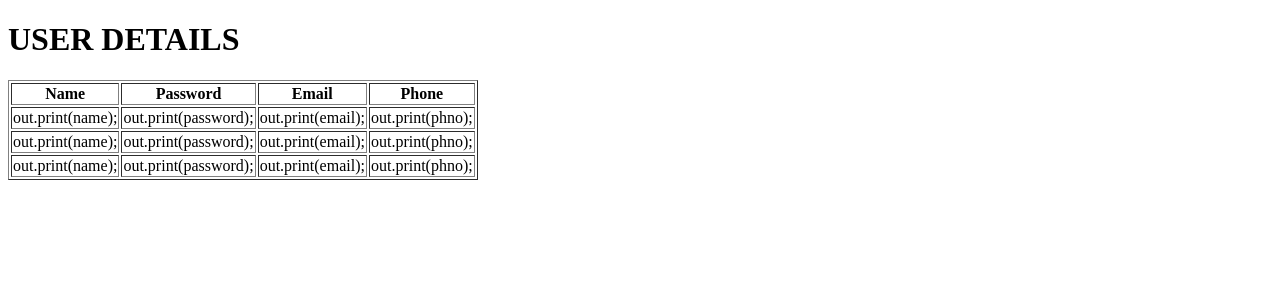
Repository: nikhilbad7/jsp-practicals
Page: http://localhost/classwork/Exp10.jsp
The author's editor kept a copy of each file at every save. The page is drawn from the files as they stood at one save, then again after the next save.
The browser window is 1280 px wide. The pictures show the whole page.
The page is served by Tomcat 9. The database holds what the project's SQL file puts in it.

Above is the page before, as saved 2018-04-09 20:05:33.

After the next save:
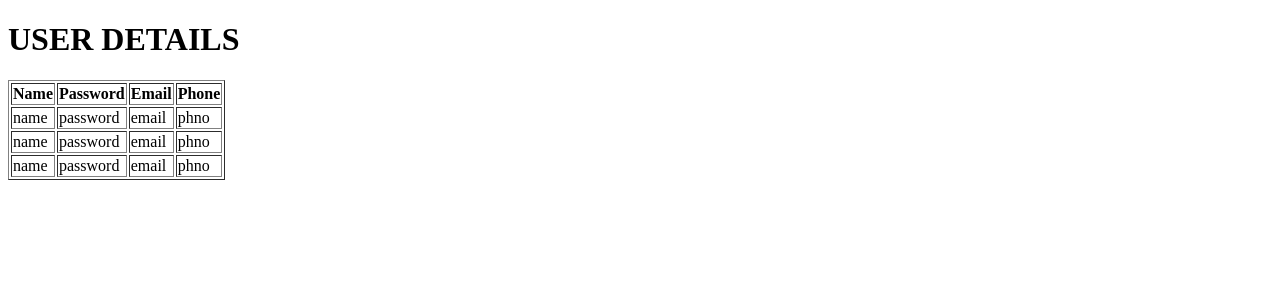
Saved 6 min 12 s later.
--- a/classwork/WebContent/Exp10.jsp
+++ b/classwork/WebContent/Exp10.jsp
@@ -42,10 +42,10 @@ while(rs.next()){
 	String phno = rs.getString("phone");
 	%>
 	<tr>
-		<td>out.print(name);</td>
-		<td>out.print(password);</td>
-		<td>out.print(email);</td>
-		<td>out.print(phno);</td></tr>
+		<td>name</td>
+		<td>password</td>
+		<td>email</td>
+		<td>phno</td></tr>
 		<%
 }
 %>
